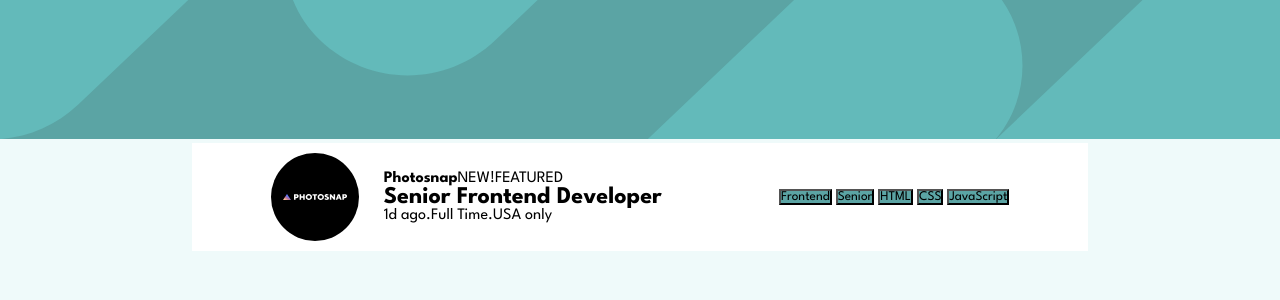
Repository: Eldream12/JobListing
Page: index.html
The author's editor kept a copy of each file at every save. The page is drawn from the files as they stood at one save, then again after a run of saves.
The browser window is 1280 px wide. The pictures show the whole page.

Above is the page before, as saved 2025-03-31 11:20:18.

### index.html
<!DOCTYPE html>
<html lang="en">
	<head>
		<meta charset="UTF-8" />
		<meta name="viewport" content="width=device-width, initial-scale=1.0" />
		<title>Job Listing</title>
		<link rel="stylesheet" href="style/style.css" />
	</head>

	<body>
		<header>
			<div>
				<img src="Images/bg-header-desktop.svg" alt="NavHeader" />
			</div>
		</header>

		<main>
			<div class="content-carrier">
				<div class="content">
					<div class="ctn">
						<img src="Images/photosnap.svg" alt="photosnap" />
						<div class="content-text">
							<div class="txt-1">
								<h4>Photosnap</h4>
								<p>NEW!</p>
								<p>FEATURED</p>
							</div>
							<div class="txt-2">
								<h2>Senior Frontend Developer</h2>
							</div>
							<div class="txt-3">
								<p>1d ago</p>
								<p>.</p>
								<p>Full Time</p>
								<p>.</p>
								<p>USA only</p>
							</div>
						</div>
					</div>

					<div class="btn">
						<button>Frontend</button>
						<button>Senior</button>
						<button>HTML</button>
						<button>CSS</button>
						<button>JavaScript</button>
					</div>
				</div>
			</div>
		</main>
		<footer></footer>
	</body>
</html>

### style/style.css
@import url("https://fonts.googleapis.com/css2?family=League+Spartan:wght@100..900&display=swap");

* {
	font-family: League Spartan;
	margin: 0;
	padding: 0;
	box-sizing: border-box;
}

html body {
	background-color: hsl(180, 52%, 96%);
}

header img {
	width: 100%;
	background-color: hsl(180, 29%, 50%);
}

.content-carrier .content {
	display: flex;
	background-color: #ffffff;
	align-items: center;
	justify-content: space-around;
	max-width: 70%;
	margin: auto;
  padding: 10px 20px 10px 20px;
}

.content-carrier .content .txt-1 {
	display: flex;
}

.content-carrier .content .txt-3 {
	display: flex;
}

.content-carrier .content .ctn {
	display: flex;
	align-items: center;
}

.content .ctn img {
  margin-right: 25px;
}

.content .btn button {
  background-color: hsl(180, 29%, 50%);
}

After the next 5 saves:
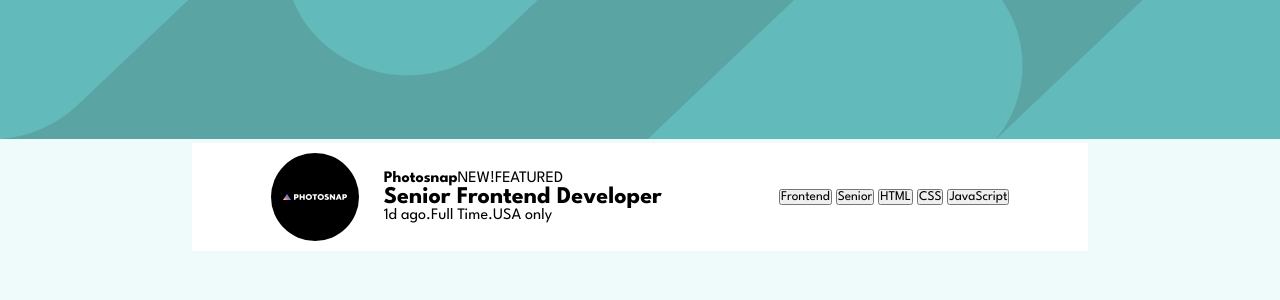
The 5 saves are shown as one change because they came seconds apart.
The last was saved 17 s later.
--- a/style/style.css
+++ b/style/style.css
@@ -44,5 +44,5 @@ header img {
 }
 
 .content .btn button {
-  background-color: hsl(180, 29%, 50%);
+  background-color: ;
 }
